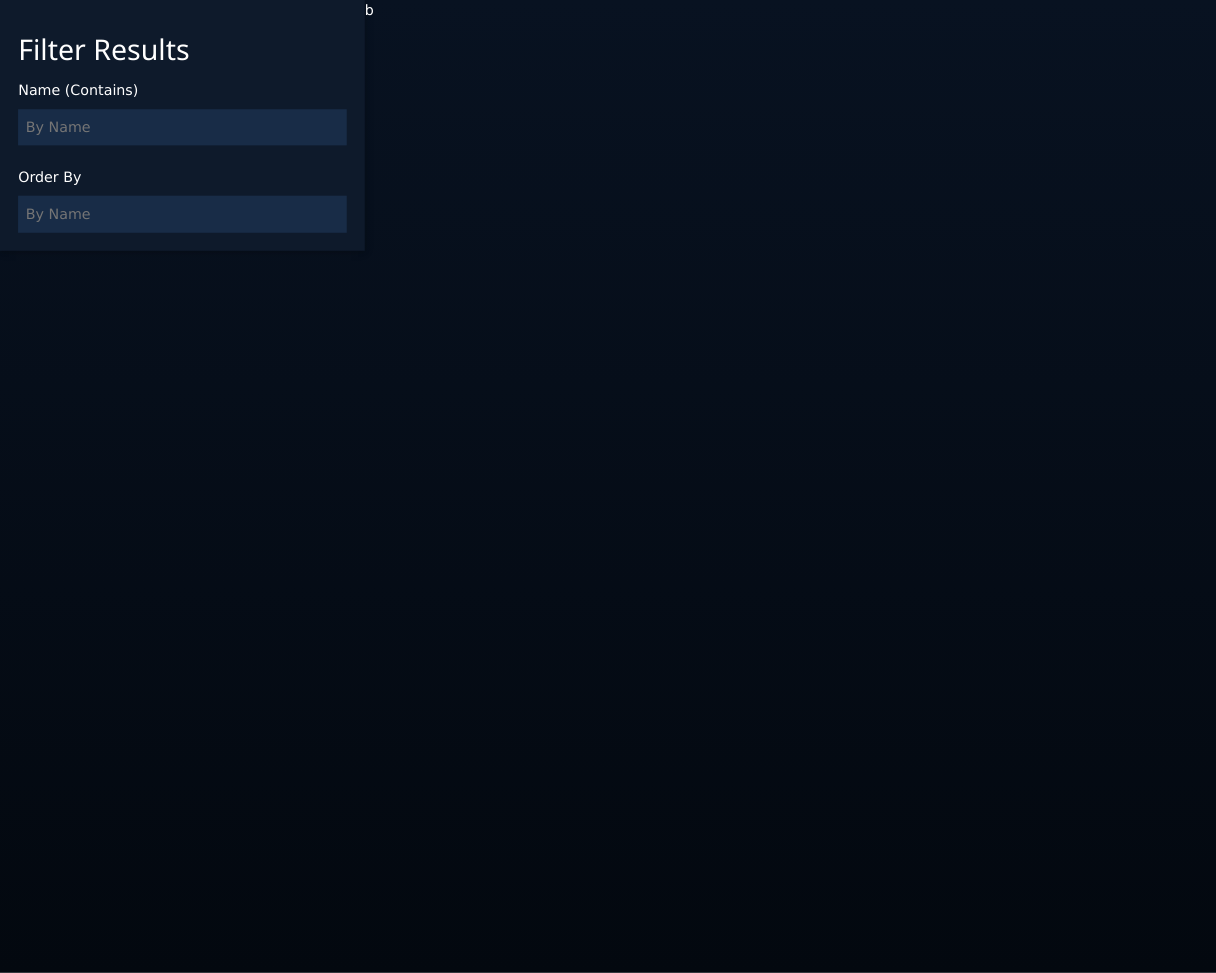
Repository: seyicoded/testestech
Page: /
These files come from the project's save history. The page is drawn as it stood at one moment and after the next save; the edit follows.
The browser window is 1280 px wide. The pictures show the whole page, at 95% of full size.
The project was rebuilt for these pictures with package versions that can differ from the ones it lists, and the page was loaded fresh each time.

Above is the page before, as saved 2022-02-07 13:48:27.

After the next save:
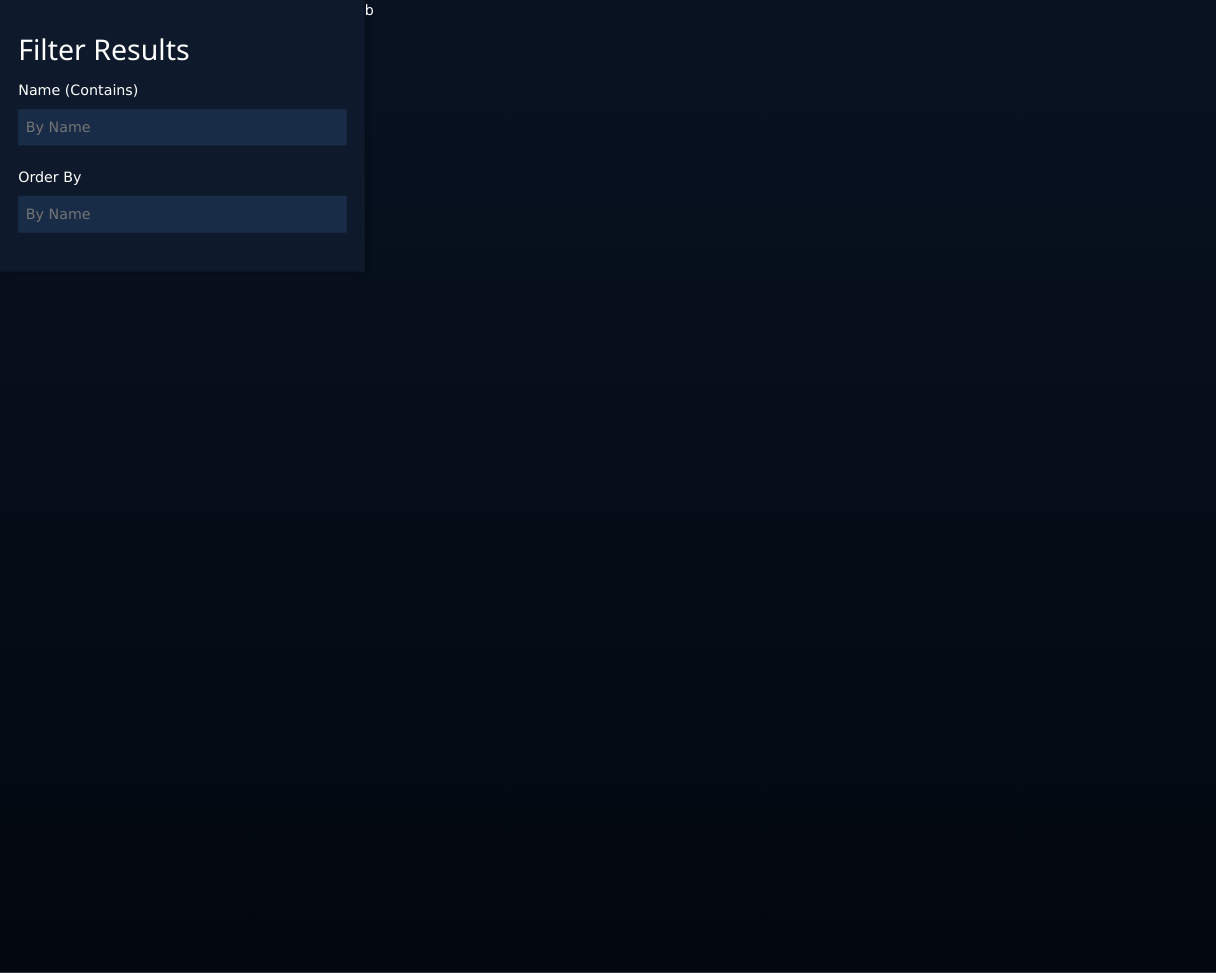
Saved 2 min 26 s later.
--- a/src/App.js
+++ b/src/App.js
@@ -22,7 +22,15 @@ function App() {
             <div className='content'>
               <label className='w3-label'>Order By</label>
               <br />
-              <input className='w3-input' placeholder='By Name'/>
+              <div className='orderby'>
+                <img src=""/>
+                <input className='w3-input' placeholder='By Name'/>
+              </div>
+
+              <div className='btn-container'>
+                <button className='w3-btn'></button>
+              </div>
+
             </div>
           </div>
         </div>
